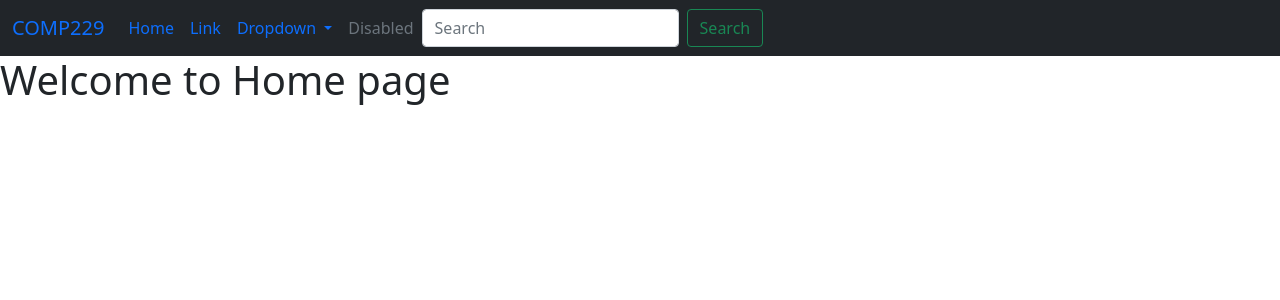
Repository: kiruriluap/COMP229-M2022-Labs
Page: http://localhost/
These files come from the project's save history. The page is drawn as it stood at one moment and after the next save; the edit follows.
The browser window is 1280 px wide. The pictures show the whole page.
The page is served by the project's Node server (server.js).

Above is the page before, as saved 2022-05-28 17:20:51.

After the next save:
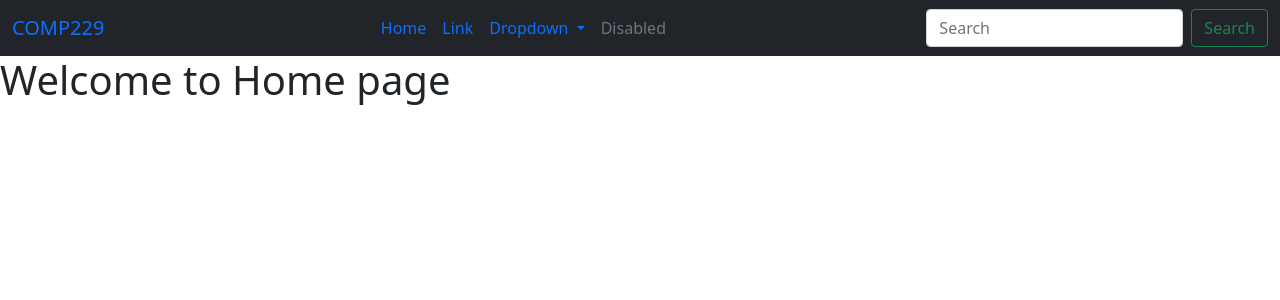
Saved 26 s later.
--- a/week3-6 Partials - Copy - Copy/views/index.ejs
+++ b/week3-6 Partials - Copy - Copy/views/index.ejs
@@ -20,7 +20,7 @@
       </button>
 
       <div class="collapse navbar-collapse" id="navbarSupportedContent">
-        <ul class="navbar-nav ml-auto mb-2 mb-lg-0">
+        <ul class="navbar-nav m-auto mb-2 mb-lg-0">
           <li class="nav-item">
             <a class="nav-link active" aria-current="page" href="#">Home</a>
           </li>

After the save that followed:
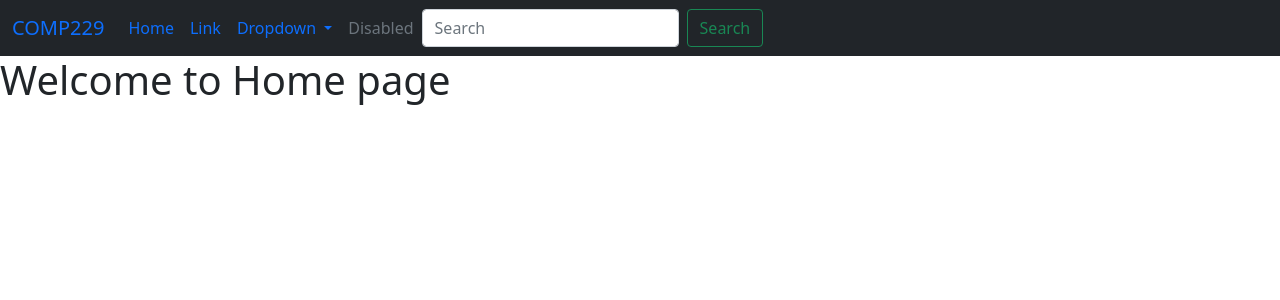
Saved 5 s later.
--- a/week3-6 Partials - Copy - Copy/views/index.ejs
+++ b/week3-6 Partials - Copy - Copy/views/index.ejs
@@ -20,7 +20,7 @@
       </button>
 
       <div class="collapse navbar-collapse" id="navbarSupportedContent">
-        <ul class="navbar-nav m-auto mb-2 mb-lg-0">
+        <ul class="navbar-nav mr-auto mb-2 mb-lg-0">
           <li class="nav-item">
             <a class="nav-link active" aria-current="page" href="#">Home</a>
           </li>
